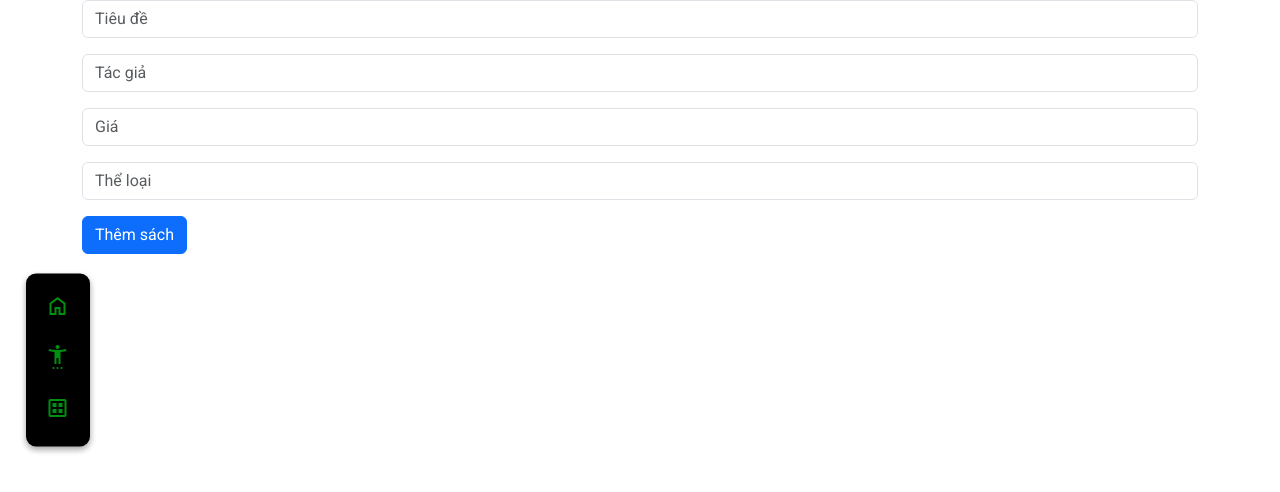
Repository: tuankiet10920/homeworkFEF
Page: /about
An editor plug-in stored every save of this project. The page is shown before and after the next save, followed by the edit.
The browser window is 1280 px wide. The pictures show the whole page.
The project was rebuilt for these pictures with package versions that can differ from the ones it lists, and the page was loaded fresh each time. Also part of the build but not shown: vite.config.js, src/views/HomeView.vue. Imported but missing from the stored project, and not drawn on this page: src/assets/audio/intro.mp3.

Above is the page before, as saved 2024-10-25 13:49:22.

### index.html
<!doctype html>
<html lang="en">
  <head>
    <meta charset="UTF-8" />
    <link rel="icon" href="/favicon.ico" />
    <meta name="viewport" content="width=device-width, initial-scale=1.0" />
    <link
      href="https://cdn.jsdelivr.net/npm/bootstrap@5.3.3/dist/css/bootstrap.min.css"
      rel="stylesheet"
      integrity="sha384-QWTKZyjpPEjISv5WaRU9OFeRpok6YctnYmDr5pNlyT2bRjXh0JMhjY6hW+ALEwIH"
      crossorigin="anonymous"
    />
    <link
      rel="stylesheet"
      href="https://fonts.googleapis.com/css2?family=Material+Symbols+Outlined:opsz,wght,FILL,GRAD@20..48,100..700,0..1,-50..200"
    />
    <link rel="preconnect" href="https://fonts.googleapis.com" />
    <link rel="preconnect" href="https://fonts.gstatic.com" crossorigin />
    <link
      href="https://fonts.googleapis.com/css2?family=Roboto:ital,wght@0,100;0,300;0,400;0,500;0,700;0,900;1,100;1,300;1,400;1,500;1,700;1,900&display=swap"
      rel="stylesheet"
    />
    <title>Vite App</title>
    <link rel="stylesheet" href="./src/assets/css/main.css" />
  </head>
  <body>
    <div id="app"></div>
    <script
      src="https://cdn.jsdelivr.net/npm/bootstrap@5.3.3/dist/js/bootstrap.bundle.min.js"
      integrity="sha384-YvpcrYf0tY3lHB60NNkmXc5s9fDVZLESaAA55NDzOxhy9GkcIdslK1eN7N6jIeHz"
      crossorigin="anonymous"
    ></script>
    <script type="module" src="/src/main.js"></script>
  </body>
</html>

### src/assets/css/main.css
* {
  margin: 0;
  padding: 0;
  box-sizing: border-box;
  text-decoration: none;
  color: #000;
  font-size: 16px;
  font-family: 'Roboto', sans-serif;
  font-weight: 300;
  font-style: normal;
}

### src/App.vue
<script setup>
import { RouterLink, RouterView } from 'vue-router'
import GetSrcImage from './assets/help/getSrcImage.js'
import Icon from './components/Icon.vue'
</script>

<template>
  <header>
    <div class="wrapper">
      <nav>
        <RouterLink to="/">
          <Icon iconName="home" />
        </RouterLink>

        <RouterLink to="/about">
          <Icon iconName="settings_accessibility" />
        </RouterLink>

        <RouterLink to="/labs">
          <Icon iconName="dataset" />
        </RouterLink>
      </nav>
    </div>
  </header>
  <RouterView />
</template>

<style scoped>
.wrapper nav a {
  margin-bottom: 20px;
  width: fit-content;
  text-decoration: none;
}
.wrapper nav a span {
  color: #009011;
}
.wrapper nav a:last-child {
  margin-bottom: 0;
}
nav {
  display: flex;
  flex-direction: column;
  justify-content: center;
  position: absolute;
  top: 50%;
  left: 2%;
  transform: translateY(-50%);
  padding: 20px;
  border-radius: 10px;
  background: #000;
  box-shadow:
    rgba(0, 0, 0, 0.16) 0px 3px 6px,
    rgba(0, 0, 0, 0.23) 0px 3px 6px;
}
</style>

### src/router/index.js
import { createRouter, createWebHistory } from 'vue-router'
import HomeView from '../views/HomeView.vue'

const router = createRouter({
  history: createWebHistory(import.meta.env.BASE_URL),
  routes: [
    {
      path: '/',
      name: 'home',
      component: HomeView,
    },
    {
      path: '/about',
      name: 'about',
      // route level code-splitting
      // this generates a separate chunk (About.[hash].js) for this route
      // which is lazy-loaded when the route is visited.
      component: () => import('../views/AboutView.vue'),
    },
    {
      path: '/labs',
      name: 'labs',
      component: () => import('../views/LabView.vue'),
    }
  ],
})

export default router

### src/assets/help/getSrcImage.js
const getSrcImage = (image) => {
    let __path = 'http://localhost:5173/src/assets/img/'
    return __path + image
}
export default getSrcImage

### src/components/Icon.vue
<script setup>
const props = defineProps(['iconName'])
</script>
<template>
  <span class="material-symbols-outlined"> {{ props.iconName }} </span>
</template>
<style scoped></style>

### src/views/AboutView.vue
<script setup>
import Bai2 from '../Labs/Lab5/Bai2.vue'
</script>
<template>
  <Bai2 />
</template>

<style></style>

### src/Labs/Lab5/Bai2.vue
<script setup>
import Bai1 from '../../components/Bai1Lab5.vue'
import Bai2 from '../../components/Bai2Lab5.vue'
import { computed, ref } from 'vue'

const books = ref([])

const isHas = computed(() => {
  if (books.value.length > 0) {
    return true
  }
  return false
})
</script>
<template>
  <div class="container">
    <Bai2 />
    <Bai1
      v-if="isHas"
      :id="Date.now()"
      title="Mắt biếc"
      author="Nguyễn Nhật Ánh"
      :price="150000"
      category="Khoa học"
    />
  </div>
</template>
<style scoped></style>

### src/components/Bai2Lab5.vue
<script setup>
import { reactive, defineEmits } from 'vue'

const emits = defineEmits()
const book = reactive({
  id: null,
  title: '',
  author: '',
  price: null,
  category: '',
})
const clearForm = () => {
  book.id = null
  book.title = ''
  book.author = ''
  book.price = null
  book.category = ''
}
const addBook = () => {
  if (
    book.title !== '' &&
    book.author !== '' &&
    book.price !== null &&
    book.category !== ''
  ) {
    emits('add-book', {
      id: Date.now(),
      title: book.title,
      author: book.author,
      price: book.price,
      category: book.category,
    })
    clearForm()
  }
}
</script>
<template>
  <form @submit.prevent="addBook" class="mb-4">
    <div class="mb-3">
      <input
        v-model="book.title"
        type="text"
        class="form-control"
        placeholder="Tiêu đề"
      />
    </div>
    <div class="mb-3">
      <input
        v-model="book.author"
        type="text"
        class="form-control"
        placeholder="Tác giả"
      />
    </div>
    <div class="mb-3">
      <input
        v-model.number="book.price"
        type="number"
        class="form-control"
        placeholder="Giá"
      />
    </div>
    <div class="mb-3">
      <input
        v-model="book.category"
        type="text"
        class="form-control"
        placeholder="Thể loại"
      />
    </div>
    <button type="submit" class="btn btn-primary">Thêm sách</button>
  </form>
</template>
<style></style>

### src/components/Bai1Lab5.vue
<script setup>
import { defineProps } from 'vue'

const props = defineProps({
  id: Number,
  title: String,
  author: String,
  price: Number,
  category: String,
})
</script>
<template>
  <div class="container">
    <div class="card">
      <div class="card-title">{{ props.title }}</div>
      <div class="card-subtitle">Tác giả: {{ props.author }}</div>
      <div class="card-text">{{ props.price.toLocaleString() }} VND</div>
      <div class="card-text" v-html="props.category"></div>
    </div>
  </div>
</template>
<style></style>

Loaded but not shown: src/main.js (common file)

After the next save:
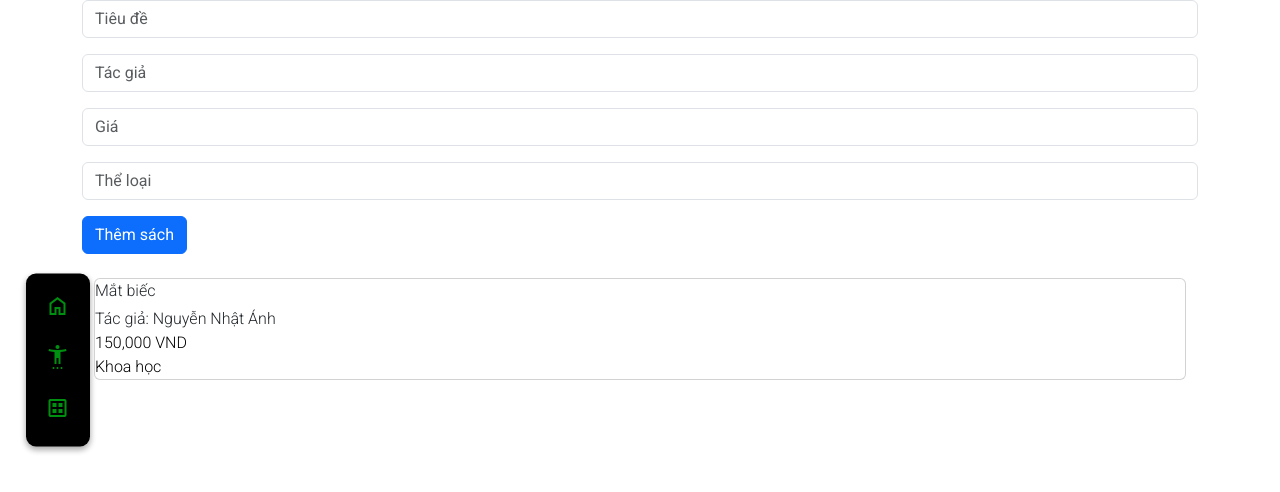
Saved 12 s later.
--- a/src/Labs/Lab5/Bai2.vue
+++ b/src/Labs/Lab5/Bai2.vue
@@ -16,7 +16,6 @@ const isHas = computed(() => {
   <div class="container">
     <Bai2 />
     <Bai1
-      v-if="isHas"
       :id="Date.now()"
       title="Mắt biếc"
       author="Nguyễn Nhật Ánh"

After the save that followed:
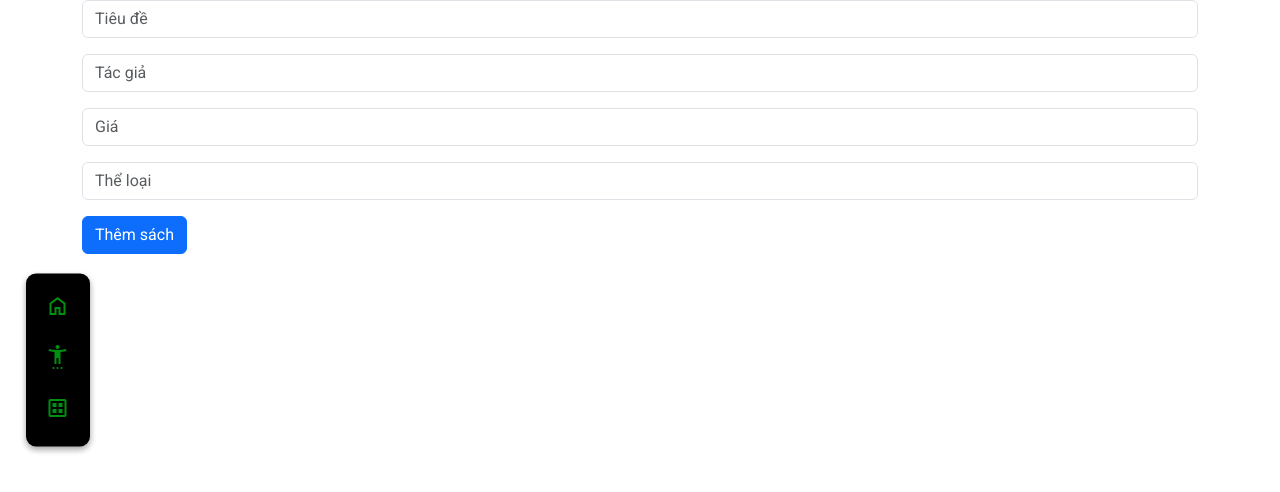
Saved 9 s later.
--- a/src/Labs/Lab5/Bai2.vue
+++ b/src/Labs/Lab5/Bai2.vue
@@ -16,6 +16,7 @@ const isHas = computed(() => {
   <div class="container">
     <Bai2 />
     <Bai1
+      v-if="isHas"
       :id="Date.now()"
       title="Mắt biếc"
       author="Nguyễn Nhật Ánh"
